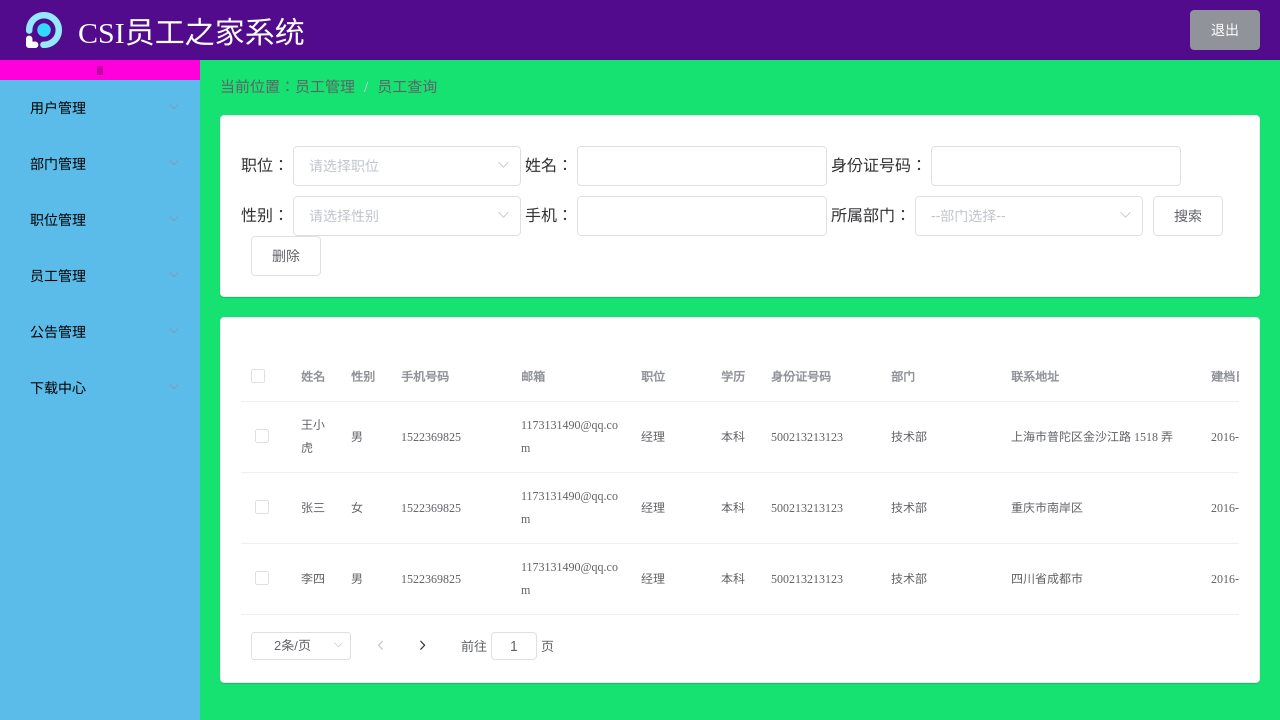
Repository: YUNjwyao/vue_hrm
Page: /#/employee
The author's editor kept a copy of each file at every save. The page is drawn from the files as they stood at one save, then again after the next save.
The browser window is 1280 px wide. The pictures show the whole page.
The project was rebuilt for these pictures with package versions that can differ from the ones it lists, and the page was loaded fresh each time. Also part of the build but not shown: src/components/Login.vue, src/components/Face/Face.vue, src/components/Employee/ShowAddEmployee.vue, src/components/Employee/ShowUpdateEmployee.vue, src/components/Notice/Notice.vue, src/components/Notice/ShowUpdateNotice.vue, src/components/Notice/ShowAddNotice.vue, src/components/Document/Document.vue and 2 more.

Above is the page before, as saved 2020-10-16 10:54:04.

### src/main.js
import Vue from 'vue'
import App from './App.vue'
import router from './router'
import store from './store'
import './plugins/element.js'
import './assets/css/global.css'

// import axios from 'axios'
// // 配置请求的根路径
// axios.defaults.baseURL = 'http://127.0.0.1:8888/api/private/v1/'
// // 通过axios 请求拦截器添加token,保证拥有获取数据的权限
// axios.interceptors.request.use (config => {
//   //为请求头对象，添加Token验证的Authorization字段
//   config.headers.Authorization = window.sessionStorage.getItem('token')
//   return config
// })
// Vue.prototype.$http = axios

Vue.config.productionTip = false

new Vue({
  router,
  store,
  render: h => h(App)
}).$mount('#app')

### src/App.vue
<template>
  <div id="app">
     <!-- 路由占位符 -->
     <router-view></router-view>
  </div>
</template>

<script>

export default {

}
</script>

<style lang="less" scoped>

</style>

### src/router/index.js
import Vue from "vue";
import VueRouter from "vue-router";
import Login from "../components/Login.vue"
import Face from "../components/Face/Face.vue"
import Home from "../components/Home.vue"

import EmployeeQuery from "../components/Employee/EmployeeQuery.vue";
import ShowAddEmployee from "../components/Employee/ShowAddEmployee.vue";
import ShowUpdateEmployee from "../components/Employee/ShowUpdateEmployee.vue";
import Notice from "../components/Notice/Notice.vue";
import UpdateNotice from "../components/Notice/ShowUpdateNotice.vue";
import AddNotice from "../components/Notice/ShowAddNotice.vue";
import Document from "../components/Document/Document.vue";
import UpdateDocument from "../components/Document/ShowUpdateDocument.vue";
import AddDocument from "../components/Document/ShowAddDocument.vue";

Vue.use(VueRouter);

const routes = [
  { path: "/", redirect: "/login" },
  {
    path: '/login',component: Login
  },
  {
    path: '/home',
    component: Home,
    children: [
  {
    path: '/face',component: Face
  },
  {
    path: "/employee",
    component: EmployeeQuery,
  },
  {
    path: "/addEmployee",
    component: ShowAddEmployee,
  },
  {
    path: "/updateEmployee",
    component: ShowUpdateEmployee,
  },
  {
    path: "/notice",
    component: Notice,
  },
  {
    path: "/updateNotice",
    component: UpdateNotice,
  },
  {
    path: "/addNotice",
    component: AddNotice,
  },
  {
    path: "/document",
    component: Document,
  },
  {
    path: "/updateDocument",
    component: UpdateDocument,
  },
  {
    path: "/addDocument",
    component: AddDocument,
  }]
  }
];

const router = new VueRouter({
  routes,
});

export default router;

### src/plugins/element.js
import Vue from 'vue'
import {
    Button,
    Breadcrumb,
    BreadcrumbItem,
    Card,
    Select,
    Option,
    Input,
    Row,
    Table,
    TableColumn,
    Pagination,
    Form,
    FormItem,
    Container,
    Header,
    Aside,
    Menu,
    Submenu,
    MenuItem,
    Main
} from 'element-ui'


Vue.use(Button)
Vue.use(Breadcrumb)
Vue.use(BreadcrumbItem)
Vue.use(Card)
Vue.use(Select)
Vue.use(Option)
Vue.use(Input)
Vue.use(Row)
Vue.use(Table)
Vue.use(TableColumn)
Vue.use(Pagination)
Vue.use(Form)
Vue.use(FormItem)
Vue.use(Container)
Vue.use(Header)
Vue.use(Aside)
Vue.use(Menu)
Vue.use(Submenu)
Vue.use(MenuItem)
Vue.use(Main)

### src/assets/css/global.css
/* 全局样式表 */
html,
body,
#app {
    height: 100%;
    margin: 0;
    padding: 0;
}
.el-breadcrumb {
    margin-bottom: 15px;
    font-size: 15px;
}
.el-card {
    box-shadow: 0 1px 1px rgba(0, 0, 0, 0.15) !important;
}
.el-table {
    margin-bottom: 15px;
    font-size: 12px;
    margin-top: 15px;
}
.el-steps {
    margin: 15px 0;
}
.el-step__title {
    font-size: 13px;
}
.el-cascader-panel {
    height: 200px
}
.ql-editor {
    min-height: 300px;
 }

### src/components/Home.vue
<template>
 <!-- 整个页面区域 -->
  <el-container>
      <!-- 页面标题 -->
  <el-header>
      <div>
          <img src="../assets/images/icon.png" alt="">
          <span>CSI员工之家系统</span>
      </div>
      <el-button type="info" @click="logout">退出</el-button>
  </el-header>
  <!-- 页面主体部分 -->
  <el-container>
    <el-aside :width="isCollapse? '64px' : '200px'">
        <div class="collapse" @click="toggleCollapse">|||</div>
        <!-- 侧边栏菜单区域 -->
       <el-menu
      background-color="rgb(91, 188, 233)"
      text-color="#000"
      active-text-color="#409bff"
      :unique-opened="true"
      :collapse="isCollapse"
      :collapse-transition="false"
      router
      :default-active="activePath">
      <!-- 一级菜单 -->
      <el-submenu :index="item.id+''" v-for="item in menulist" :key="item.id">
          <!-- 一级菜单模板区域 -->
        <template slot="title">
            <!-- 图标 -->
          <i :class="iconsObj[item.id]"></i>
             <!-- 文本 -->
          <span>{{ item.authName }}</span>
        </template>
        <!-- 二级菜单 -->
        <el-menu-item
        :index="'/'+subItem.path"
        v-for="subItem in item.children"
        :key='subItem.id'
        @click="savNavState('/'+subItem.path)">
            <template slot="title">
            <!-- 图标 -->
          <i class="el-icon-menu"></i>
             <!-- 文本 -->
          <span>{{ subItem.authName }}</span>
        </template>
        </el-menu-item>
      </el-submenu>
    </el-menu>
    </el-aside>
    <el-main>
        <router-view></router-view>
    </el-main>
  </el-container>
</el-container>

</template>

<script>
export default {
    data () {
        return {
            // 左侧菜单数据
            menulist: [
                {
            "id": 101,
            "authName": "用户管理",
            "path": '/home',
            "children": [
                {
                    "id": 104,
                    "authName": "用户查询",
                    "path": '',
                    "children": []
                },
                {
                    "id": 104,
                    "authName": "添加用户",
                    "path": '',
                    "children": []
                }
            ]
        },
         {
            "id": 101,
            "authName": "部门管理",
            "path": null,
            "children": [
                {
                    "id": 104,
                    "authName": "部门查询",
                    "path": null,
                    "children": []
                },
                {
                    "id": 104,
                    "authName": "添加部门",
                    "path": null,
                    "children": []
                }
            ]
        },
         {
            "id": 101,
            "authName": "职位管理",
            "path": null,
            "children": [
                {
                    "id": 104,
                    "authName": "职位查询",
                    "path": null,
                    "children": []
                },
                {
                    "id": 104,
                    "authName": "添加职位",
                    "path": null,
                    "children": []
                }
            ]
         },
          {
            "id": 101,
            "authName": "员工管理",
            "path": '/home',
            "children": [
                {
                    "id": 104,
                    "authName": "员工查询",
                    "path": 'employee',
                    "children": []
                },
                {
                    "id": 104,
                    "authName": "添加员工",
                    "path": 'addEmployee',
                    "children": []
                }
            ]
        },
         {
            "id": 101,
            "authName": "公告管理",
            "path": '/home',
            "children": [
                {
                    "id": 104,
                    "authName": "公告查询",
                    "path": 'notice',
                    "children": []
                },
                {
                    "id": 104,
                    "authName": "添加公告",
                    "path": 'addNotice',
                    "children": []
                }
            ]
        },
         {
            "id": 101,
            "authName": "下载中心",
            "path": '/home',
            "children": [
                {
                    "id": 104,
                    "authName": "文档查询",
                    "path": 'document',
                    "children": []
                },
                {
                    "id": 104,
                    "authName": "上传文档",
                    "path": 'addDocument',
                    "children": []
                }
            ]
        }
            ],
            // 自定义字体图标
            iconsObj: {
                '125': 'iconfont icon-user',
                '103': 'iconfont icon-tijikongjian',
                '101': 'iconfont icon-shangpin',
                '102': 'iconfont icon-danju',
                '145': 'iconfont baobiao'
            },
            // 是否折叠
            isCollapse: false,
            // 被激活的链接
            activePath: ''
        }
    },
    created () {
       this.getMenuList();
       this.activePath = window.sessionStorage.getItem('activePath');
    },
    methods: {
        // 自定义方法
        logout () {
            // 清空token
            window.sessionStorage.clear();
            // 编程式导航重定向
            this.$router.push('/login');
        },
       // 点击按钮折叠菜单栏
       toggleCollapse () {
         this.isCollapse = ! this.isCollapse;
       },
       //保存导航链接的激活状态
       savNavState (activePath) {
          window.sessionStorage.setItem('activePath',activePath);
          this.activePath = activePath;
       }
    }
}
</script>

<style lang="less" scoped>
.el-container {
    height: 100%;
}
.el-header {
    background-color: rgb(82, 11, 141);
    display: flex;
    justify-content: space-between;
    align-items: center;
    > div {
        display: flex;
        align-items: center;
        color: #fff;
        font-size: 30px;
        span {
            padding-left: 10px;
        }
    }
}
.el-aside {
    background-color: rgb(91, 188, 233);
    .el-menu {
        border-right: 0;
    }
}
.el-main {
    background-color: rgb(22, 226, 114);
}
.iconfont {
    margin-right: 10px;
}
.collapse {
    height: 20px;
    background-color: rgb(255, 0, 221);
    text-align: center;
    line-height: 20px;
    font-size: 10px;
}
</style>

### src/components/Employee/EmployeeQuery.vue
<template>
  <div class="employee">
    <!-- 面包屑导航 -->
    <el-breadcrumb separator="/">
      <el-breadcrumb-item>当前位置：员工管理</el-breadcrumb-item>
      <el-breadcrumb-item><a href="/">员工查询</a></el-breadcrumb-item>
    </el-breadcrumb>
    <!-- 查询输入框 -->
    <el-card>
      <el-row>
        职位：
        <el-select v-model="value" placeholder="请选择职位">
          <el-option
            v-for="item in options"
            :key="item.value"
            :label="item.label"
            :value="item.value"
          >
          </el-option>
        </el-select>
        姓名：
        <el-input v-model="input"></el-input>
        身份证号码：
        <el-input v-model="input"></el-input>
      </el-row>
      <el-row>
        性别：
        <el-select v-model="value" placeholder="请选择性别">
          <el-option
            v-for="item in optionsSex"
            :key="item.value"
            :label="item.label"
            :value="item.value"
          >
          </el-option>
        </el-select>
        手机：
        <el-input v-model="input"></el-input>
        所属部门：
        <el-select v-model="value" placeholder="--部门选择--">
          <el-option
            v-for="item in optionsDoor"
            :key="item.value"
            :label="item.label"
            :value="item.value"
          >
          </el-option>
        </el-select>
        <el-button>搜索</el-button>
        <el-button>删除</el-button>
      </el-row>
    </el-card>
    <!-- Table表格 -->
    <el-card>
      <el-table
        ref="multipleTable"
        :data="tableData"
        tooltip-effect="dark"
        style="width: 100%"
        @selection-change="handleSelectionChange"
      >
        <el-table-column type="selection" width="50"> </el-table-column>
        <el-table-column prop="name" label="姓名" width="50">
          <template slot-scope="scope">{{ scope.row.name }}</template>
        </el-table-column>
        <el-table-column prop="sex" label="性别" width="50"> </el-table-column>
        <el-table-column prop="phone" label="手机号码" width="120">
        </el-table-column>
        <el-table-column prop="email" label="邮箱" width="120">
        </el-table-column>
        <el-table-column prop="job" label="职位" width="80"> </el-table-column>
        <el-table-column prop="education" label="学历" width="50">
        </el-table-column>
        <el-table-column prop="IdNumber" label="身份证号码" width="120">
        </el-table-column>
        <el-table-column prop="door" label="部门" width="120">
        </el-table-column>
        <el-table-column prop="address" label="联系地址" width="200">
        </el-table-column>
        <el-table-column prop="date" label="建档日期" width="120">
        </el-table-column>
        <el-table-column label="操作" width="50"> </el-table-column>
      </el-table>
      <!-- 分页 -->
       <el-pagination
        @size-change="handleSizeChange"
        @current-change="handleCurrentChange"
        :current-page="userInfo.pagenum"
        :page-sizes="[1, 2, 5, 10]"
        :page-size="userInfo.pagesize"
        layout="total, sizes, prev, pager, next, jumper"
        :total="total"
      >
      </el-pagination>
    </el-card>
  </div>
</template>

<script>
export default {
  data() {
    return {
      options: [
        {
          value: "选项1",
          label: "经理",
        },
        {
          value: "选项2",
          label: "职员",
        },
      ],
      optionsSex: [
        {
          value: "选项1",
          label: "男",
        },
        {
          value: "选项2",
          label: "女",
        },
      ],
      optionsDoor: [
        {
          value: "选项1",
          label: "技术部",
        },
        {
          value: "选项2",
          label: "运营部",
        },
      ],
      tableData: [
        {
          name: "王小虎",
          sex: "男",
          phone: "1522369825",
          email: "1173131490@qq.com",
          job: "经理",
          education: "本科",
          IdNumber: "500213213123",
          door: "技术部",
          address: "上海市普陀区金沙江路 1518 弄",
          date: "2016-12-03",
        },
        {
          name: "张三",
          sex: "女",
          phone: "1522369825",
          email: "1173131490@qq.com",
          job: "经理",
          education: "本科",
          IdNumber: "500213213123",
          door: "技术部",
          address: "重庆市南岸区",
          date: "2016-12-03",
        },
       {
          name: "李四",
          sex: "男",
          phone: "1522369825",
          email: "1173131490@qq.com",
          job: "经理",
          education: "本科",
          IdNumber: "500213213123",
          door: "技术部",
          address: "四川省成都市",
          date: "2016-12-03",
        },
      ],
      multipleSelection: [],
      // 默认用户信息
      userInfo: {
        query: "",
        pagenum: 1,
        pagesize: 2
      }
    };
  },
  methods: {
    toggleSelection(rows) {
      if (rows) {
        rows.forEach((row) => {
          this.$refs.multipleTable.toggleRowSelection(row);
        });
      } else {
        this.$refs.multipleTable.clearSelection();
      }
    },
    handleSelectionChange(val) {
      this.multipleSelection = val;
    },
    // 监听pagesize的变化
    handleSizeChange(newSize) {
      this.userInfo.pagesize = newSize;
      this.getUserList();
    },
    // 监听页码值的变化
    handleCurrentChange(newPage) {
      this.userInfo.pagenum = newPage;
      this.getUserList();
    }
  },
};
</script>

<style lang="less" scoped>
.el-card {
  margin-top: 20px;
}
.el-input {
  width: 250px;
}
.el-row {
  margin-top: 10px;
}
.el-button {
  margin-left: 10px;
}
.el-pagination{
  margin: 0 auto;
}
</style>

Loaded but not shown: public/index.html (common file); src/store/index.js (common file)

After the next save:
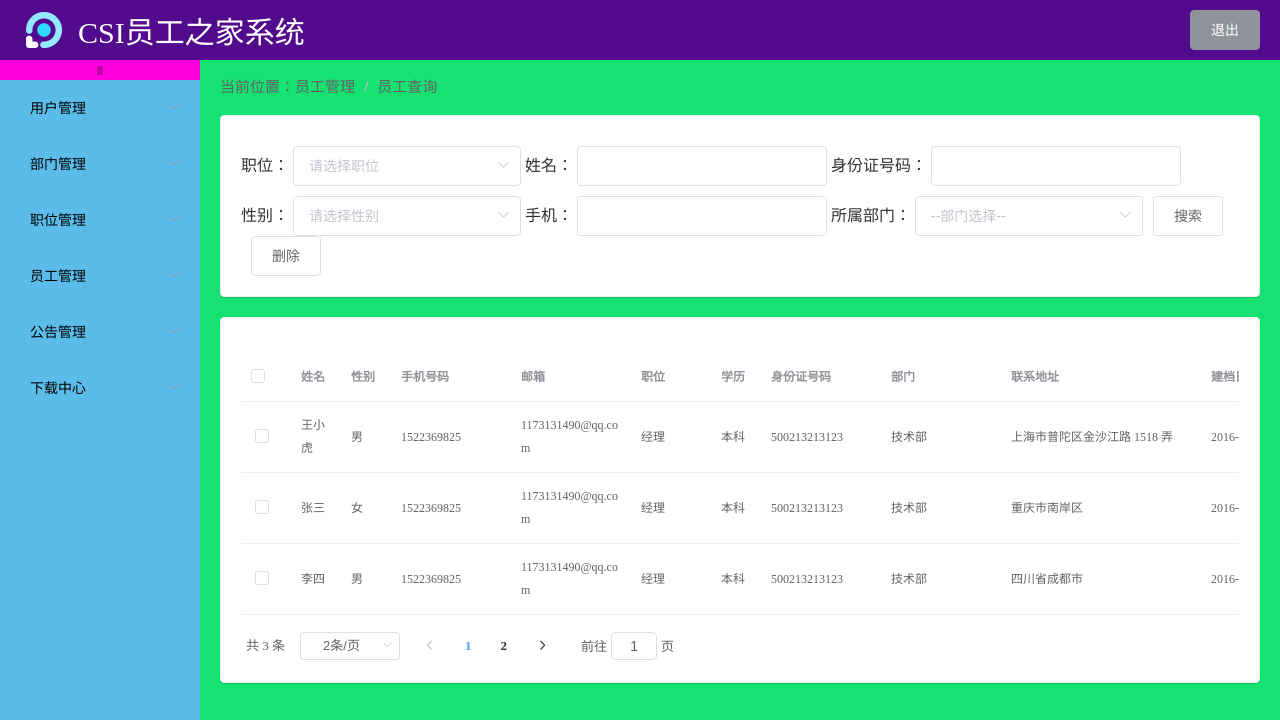
Saved 79 s later.
--- a/src/components/Employee/EmployeeQuery.vue
+++ b/src/components/Employee/EmployeeQuery.vue
@@ -89,7 +89,7 @@
         :page-sizes="[1, 2, 5, 10]"
         :page-size="userInfo.pagesize"
         layout="total, sizes, prev, pager, next, jumper"
-        :total="total"
+        :total="3"
       >
       </el-pagination>
     </el-card>
